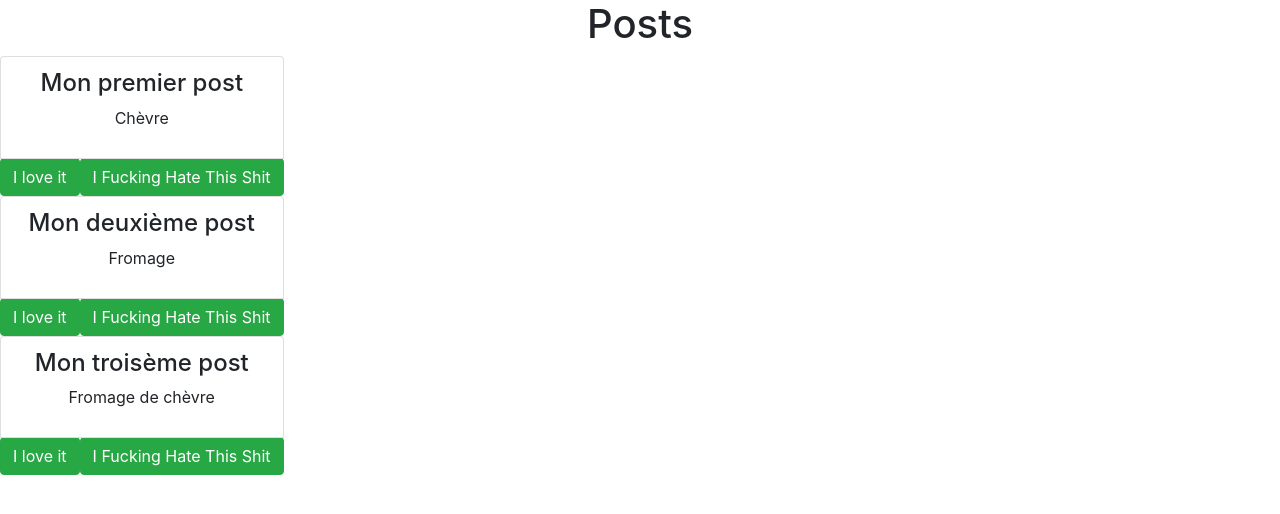
Repository: BillThePony/Ng-Blog-OC
Page: /
These files come from the project's save history. The page is drawn as it stood at one moment and after the next save; the edit follows.
The browser window is 1280 px wide. The pictures show the whole page.
The project was rebuilt for these pictures with package versions that can differ from the ones it lists, and the page was loaded fresh each time. Also part of the build but not shown: angular.json.

Above is the page before, as saved 2018-10-09 18:12:56.

After the next save:
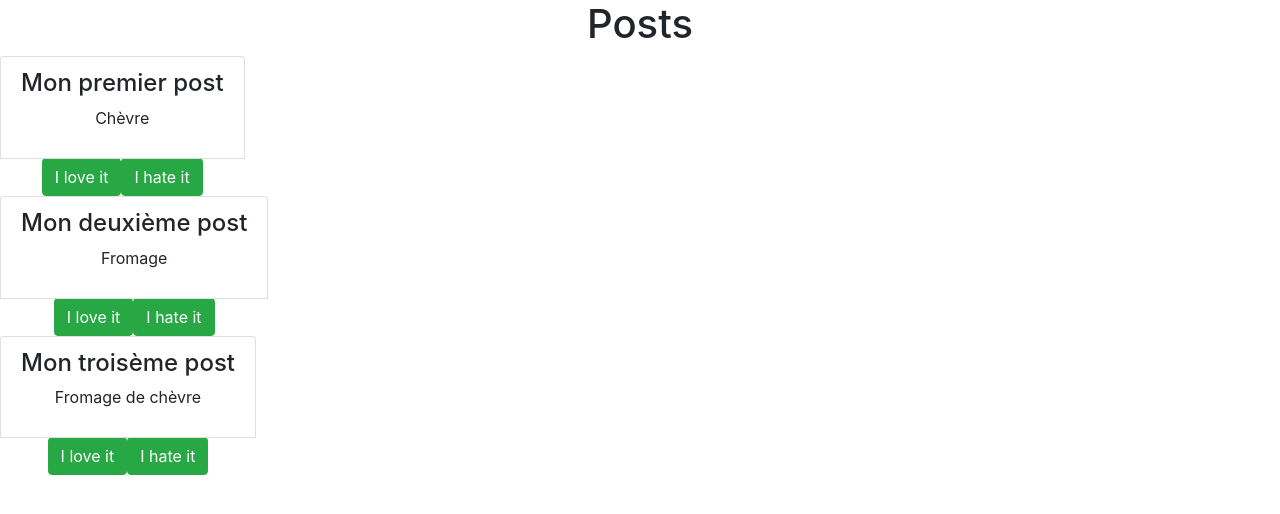
Saved 7 s later.
--- a/src/app/post-list-item/post-list-item.component.html
+++ b/src/app/post-list-item/post-list-item.component.html
@@ -11,7 +11,7 @@
                 </li>
 
                 <button class="btn btn-success" (click)=iLoveIt()>I love it</button>
-                <button class="btn btn-success" (click)=iDontLoveIt()>I Fucking Hate This Shit</button>
+                <button class="btn btn-success" (click)=iDontLoveIt()>I hate it</button>
 
             </div>
         </div>
